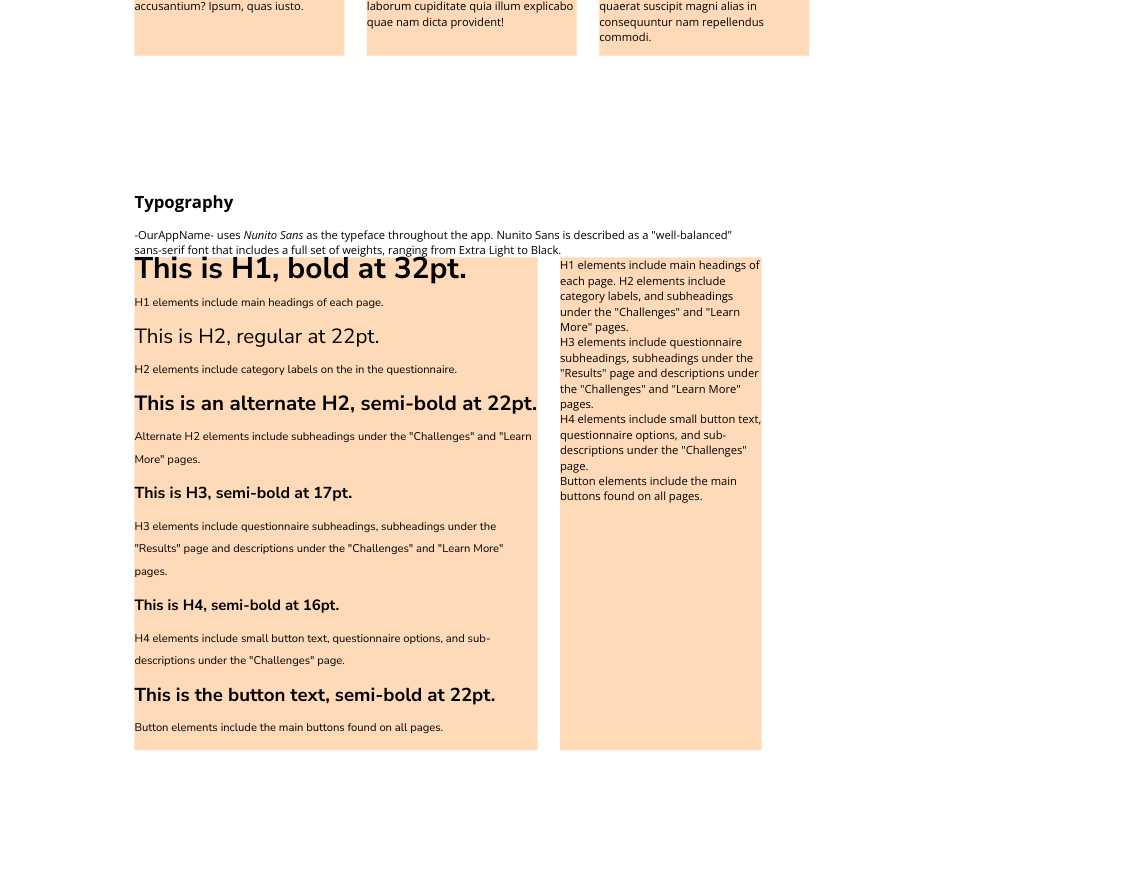
Repository: seohyun9672/Timearth-A6Styleguide
Page: page2.html
An editor plug-in stored every save of this project. The page is shown before and after the next save, followed by the edit.
The browser window is 1280 px wide. The page is 1632 px wide, so the pictures cover 1632 px, including what lies to the right of the window. The pictures show the part of the page from y = 1544 to 3064 px (the page is 2808 px tall before and 3064 px after), at 70% of full size.

Above is the page before, as saved 2022-03-20 20:17:00.

### page2.html
<!DOCTYPE html>
<html lang="en">
  <head>
    <meta charset="UTF-8" />
    <meta http-equiv="X-UA-Compatible" content="IE=edge" />
    <meta name="viewport" content="width=device-width, initial-scale=1.0" />
    <title>Document</title>
    <link rel="stylesheet" href="stylesheet.css" />
  </head>

  <body>
    <ul class="navbar">
      <li><a href="/page1.html">App Name</a></li>
      <div class="navbar-active">
        <li><a href="/page1.html">Logo</a></li>
        <li><a href="/page2.html">Colour & Typography</a></li>
        <li><a href="/page3.html">Imagery & Graphics</a></li>
        <li><a href="/ref.html">Reference</a></li>
      </div>
    </ul>
    <section class="color-palette page2">
      <h1>Color Palette</h1>
      <img class="palette" src="https://placekitten.com/1440/100" />
      <div>
        <h2>Description of colour palette</h2>
        <p>
          Lorem ipsum dolor sit amet, consectetur adipisicing elit. Culpa neque
          mollitia quae asperiores ad odit vitae iste minima totam harum
          distinctio qui beatae ea ut et adipisci, excepturi at iusto
          reprehenderit reiciendis fugit fuga nisi. Eligendi ut magni adipisci
          nulla architecto reprehenderit? Nemo eos accusamus optio nobis
          distinctio veritatis eius.
        </p>
      </div>
      <div></div>
      <div class="col-2">
        <div class="col">
          <img src="https://placekitten.com/200/600" />
        </div>
        <div class="col">Lorem ipsum dolor sit amet consectetur adipisicing elit. Corrupti laudantium illo iure alias recusandae accusamus reiciendis consequatur aliquid sint veritatis modi dolores, eveniet porro tempore similique aspernatur. Quas, hic quo sed necessitatibus illum suscipit molestiae consequuntur sit provident nobis ullam repellat obcaecati ipsa quos in cumque mollitia eius ratione facilis ut libero laboriosam tempora eum sint! Nisi sapiente veritatis ad iure esse magni reprehenderit odio non perferendis, sed recusandae beatae corporis quasi ipsam assumenda unde!</div>
      </div>
      <h2>Buttons and Menus</h2>
      <div class="col-3">
        <div class="col">
          <img src="https://placekitten.com/300/200" />
          <p>
            Lorem ipsum dolor sit amet consectetur adipisicing elit. Fugit
            architecto laborum quam, unde laboriosam delectus aut facere rem
            magnam eum repellendus accusantium? Ipsum, quas iusto.
          </p>
        </div>
        <div class="col">
          <img src="https://placekitten.com/300/200" />
          <p>
            Lorem ipsum dolor sit amet, consectetur adipisicing elit. Eveniet
            laborum quisquam excepturi officiis obcaecati? Voluptatibus dolores
            laborum cupiditate quia illum explicabo quae nam dicta provident!
          </p>
        </div>
        <div class="col">
          <img src="https://placekitten.com/300/200" />
          <p>
            Lorem ipsum dolor sit amet consectetur adipisicing elit. Nemo
            consectetur veniam reprehenderit dolorem necessitatibus, repellat,
            perferendis quaerat suscipit magni alias in consequuntur nam
            repellendus commodi.
          </p>
        </div>
      </div>
    </section>
    <section class="typo page2">
      <h1>Typography</h1>
      <div>
        -OurAppName- uses <em>Nunito Sans</em> as the typeface throughout the
        app. Nunito Sans is described as a "well-balanced" sans-serif font that includes a full set of weights, ranging from Extra Light to Black.
      </div>
      <div class="col-2-font">
        <div class="col nunito example">
            <div class="nh1">This is H1, bold at 32pt.</div>
            <p class="desc">H1 elements include main headings of each page.</p>
            <div class="nh2">This is H2, regular at 22pt.</div>
            <p class="desc">H2 elements include category labels on the in the questionnaire.</p>
            <div class="nh2-2">This is an alternate H2, semi-bold at 22pt.</div>
            <p class="desc">Alternate H2 elements include subheadings under the "Challenges" and "Learn More" pages.</p>
            <div class="nh3">This is H3, semi-bold at 17pt.</div>
            <p class="desc">H3 elements include questionnaire subheadings, subheadings under the "Results" page and descriptions under the "Challenges" and "Learn More" pages. </p>
            <div class="nh4">This is H4, semi-bold at 16pt.</div>
            <p class="desc">H4 elements include small button text, questionnaire options, and sub-descriptions under the "Challenges" page. </p>
            <div class="nbtn">This is the button text, semi-bold at 22pt.</div>
            <p class="desc">Button elements include the main buttons found on all pages. </p>
        </div>
        <div class="col">
          H1 elements include main headings of each page.
          H2 elements include category labels, and subheadings under the "Challenges" and "Learn More" pages.<br>
          H3 elements include questionnaire subheadings, subheadings under the "Results" page and descriptions under the "Challenges" and "Learn More" pages. <br>
          H4 elements include small button text, questionnaire options, and sub-descriptions under the "Challenges" page. <br>
          Button elements include the main buttons found on all pages. <br>
        </div>
      </div>
    </section>
  </body>
</html>

### stylesheet.css
/* import fonts */
@import url('https://fonts.googleapis.com/css2?family=Nunito+Sans:ital,wght@0,200;0,300;0,400;0,600;0,700;0,800;0,900;1,200;1,300;1,400;1,600;1,700;1,800;1,900&family=Open+Sans:ital,wght@0,300;0,400;0,500;0,600;0,700;0,800;1,300;1,400;1,500;1,600;1,700;1,800&display=swap');

body{
    margin: 0;
    font-family: 'open sans', san-serif;
  }

/* NAVBAR */

ul {
  list-style-type: none;
  margin: 0;
  padding: 0;
  overflow: hidden;
  background-color: #333;
}

li {
  float: left;
}

li a {
  display: block;
  color: white;
  text-align: center;
  padding: 14px 16px;
  text-decoration: none;
}

li a:hover {
  background-color: #111;
}

.navbar-active{
    float: right;
}

/* LOGO */

.section-logo {
    display: flex;
    flex-direction: column;
    justify-content: flex-start;
    align-items: center;
}

.logo-description {
    display: flex;
}
.logo-variation {
    display: flex;
    justify-content: space-evenly;
}

.logo-colourpalette {
    display: flex;
    width: 100%;
    justify-content: space-between;
}

.section-cont {
    width: 940px;
}
.colour-cont {
    display: flex;
    flex-direction: column;
}
.colour-name {
    font-weight: bold;
}

.logo-typography {
    display: flex;
}

.logo-usage {
    display: flex;
    flex-direction: column;
}

.logo-usage-desc {
    display: flex;
}

.section-cont colour {
    display: flex;
}

/* page 2 */

.page2 {
    margin:12em;
}
.col-3 {
    display:grid;
    grid-template-columns: 1fr 1fr 1fr;
    grid-gap:2em;
}
.col-2 {
    display:grid;
    grid-template-columns: 1fr 2fr;
    grid-gap:2em;
}
.col-2-font {
    display:grid;
    grid-template-columns: 2fr 1fr;
    grid-gap:2em;
}
.col {
    background-color:peachpuff;
}
.nunito {
    font-family: 'nunito sans', Arial, Helvetica, sans-serif;
}
.nh1 {
    font-weight: bold;
    font-size:32pt;
}
.nh2 {
    font-size:22pt;
}
.nh2-2 {
    font-size:22pt;
    font-weight:bolder;
}
.nh3 {
    font-size:17pt;
    font-weight:bolder;
}
.nh4 {
    font-size:16pt;
    font-weight:bolder;
}
.nbtn {
    font-size:20pt;
    font-weight:bolder;
}
.example {
    line-height:2em;
}

After the next save:
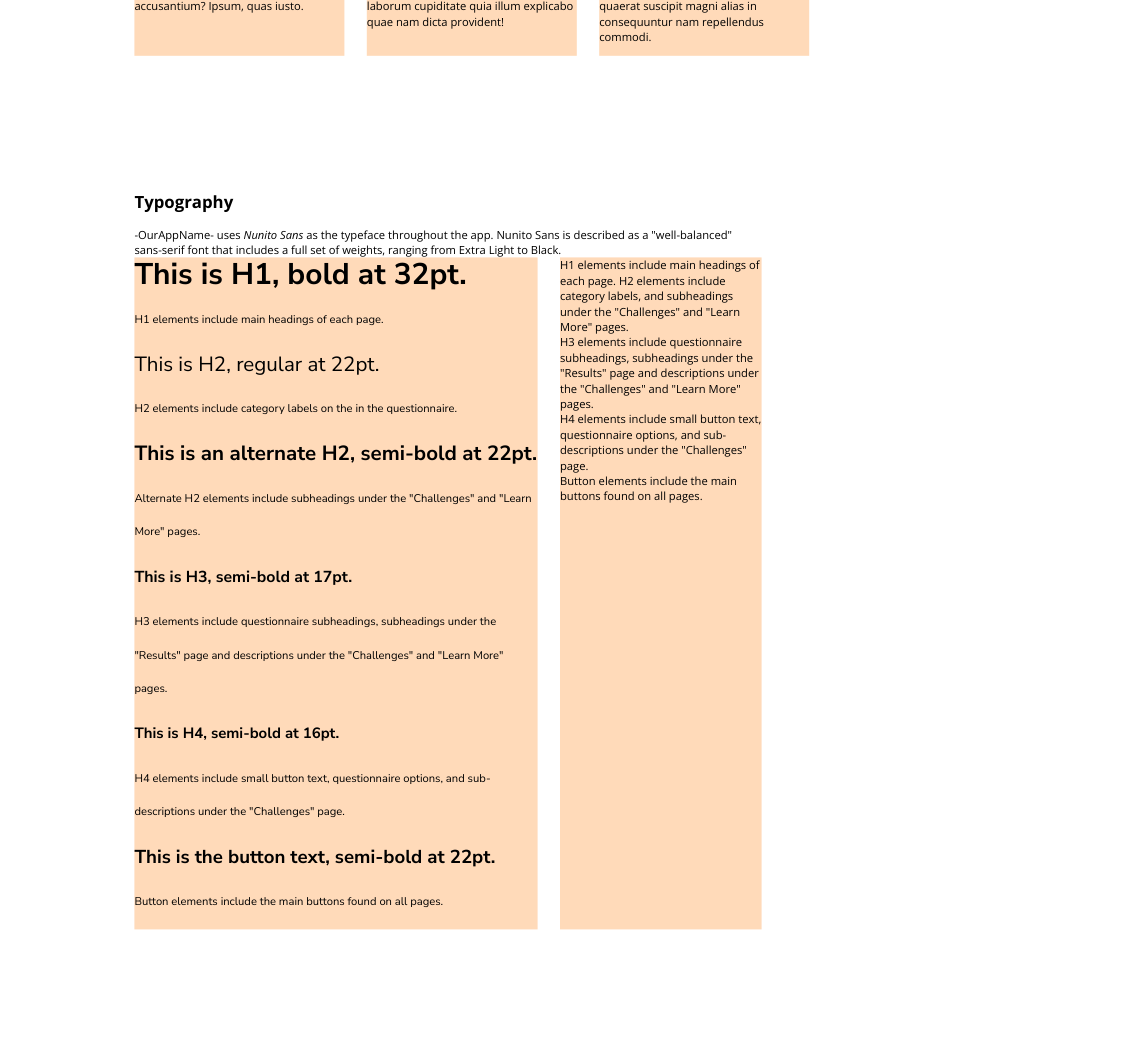
Saved 11 s later.
--- a/stylesheet.css
+++ b/stylesheet.css
@@ -137,5 +137,5 @@ li a:hover {
     font-weight:bolder;
 }
 .example {
-    line-height:2em;
+    line-height:3em;
 }
